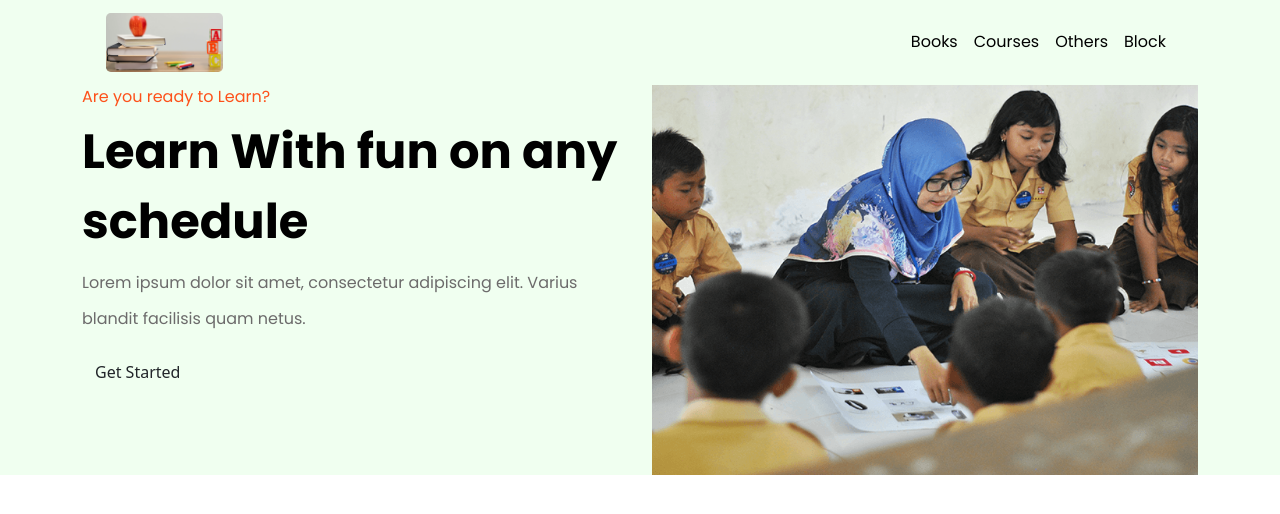
Repository: zjria/Figma-to-E-school
Page: index.html
The author's editor kept a copy of each file at every save. The page is drawn from the files as they stood at one save, then again after the next save.
The browser window is 1280 px wide. The pictures show the whole page.
Some web libraries are served in a nearby version.

Above is the page before, as saved 2022-05-06 15:46:44.

After the next save:
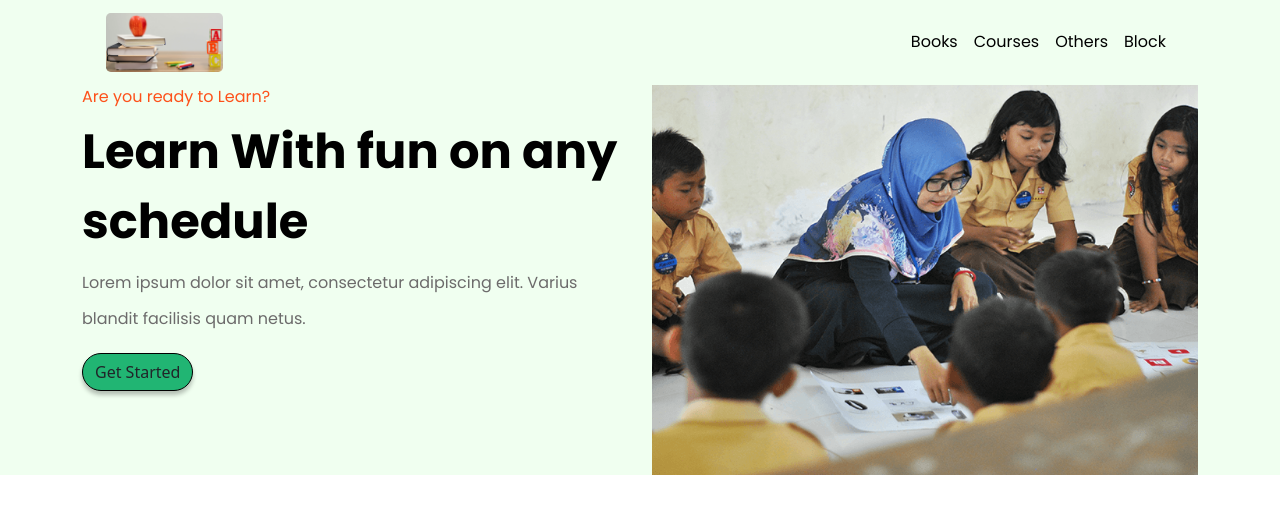
Saved 4 min 3 s later.
--- a/style.css
+++ b/style.css
@@ -43,3 +43,9 @@
     line-height: 36px;
     color: #6C6B6B;
 }
+.btn-custom{
+    background: #21B573;
+border: 1px solid #000000;
+box-shadow: 0px 4px 4px rgba(0, 0, 0, 0.25);
+border-radius: 33px;
+}
